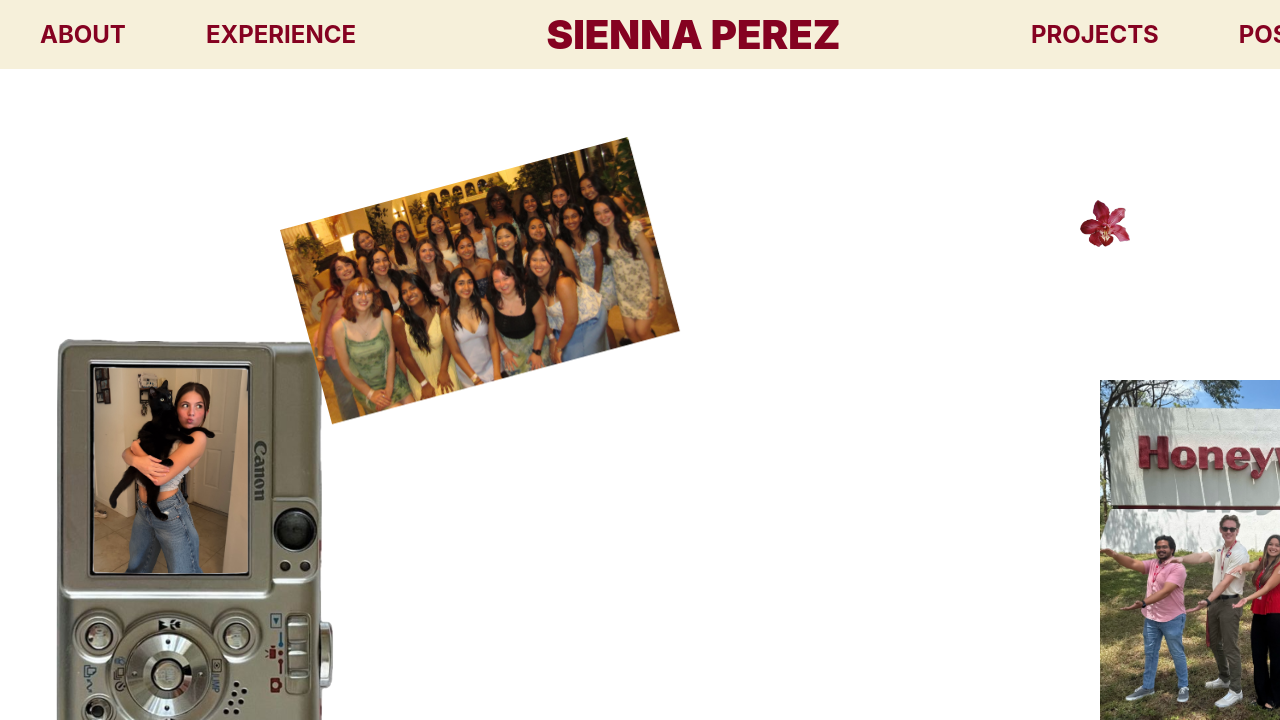
Repository: siennaperez/siennaperezweb
Page: /
The author's editor kept a copy of each file at every save. The page is drawn from the files as they stood at one save, then again after the next save.
The browser window is 1280 px wide. The pictures show the whole page.
The project was rebuilt for these pictures with package versions that can differ from the ones it lists, and the page was loaded fresh each time. Also part of the build but not shown: src/pages/About.css, src/pages/About.js, src/pages/Experience.css, src/pages/Experience.js.

Above is the page before, as saved 2025-09-24 13:00:07.

### src/App.js
import './App.css';
import ReactDOM from "react-dom/client";
import { HashRouter, Routes, Route, Link } from "react-router-dom";
import Navbar from "./components/Navbar";
import Home from "./pages/Home";
import About from "./pages/About";
import Experience from "./pages/Experience";


function App() {
  return (
    <HashRouter>
      <Navbar />
      <Routes>
        <Route path="/" element={<Home />} />
        <Route path="/about" element={<About />} />
        <Route path="/experience" element={<Experience />} />

      </Routes>
    </HashRouter>
  );
}

export default App;

### src/App.css
.App {
  text-align: center;
}

.App-logo {
  height: 40vmin;
  pointer-events: none;
}

@media (prefers-reduced-motion: no-preference) {
  .App-logo {
    animation: App-logo-spin infinite 20s linear;
  }
}

.App-header {
  background-color: #FFFCEF;
  min-height: 100vh;
  display: flex;
  flex-direction: column;
  align-items: center;
  justify-content: center;
  font-size: calc(10px + 2vmin);
  color: white;
}

.App-link {
  color: #61dafb;
}

@keyframes App-logo-spin {
  from {
    transform: rotate(0deg);
  }
  to {
    transform: rotate(360deg);
  }
}

### src/components/Navbar.js
import "./Navbar.css";
import { NavLink } from "react-router-dom";

const Navbar = () => {
  return (
    <nav className="navbar">
      <ul className="nav-list">
        <div className="nav-left">
          <li className="nav-item">
            <NavLink to="/about">ABOUT</NavLink>
          </li>
          <li className="nav-item">
            <NavLink to="/experience">EXPERIENCE</NavLink>
          </li>
        </div>

        <div className="nav-center">
          <li className="nav-item">
            <NavLink to="/">SIENNA PEREZ</NavLink>
          </li>
        </div>

        <div className="nav-right">
          <li className="nav-item">
            <NavLink to="/projects">PROJECTS</NavLink>
          </li>
          <li className="nav-item">
            <NavLink to="/posts">POSTS</NavLink>
          </li>
        </div>
      </ul>
    </nav>
  );
};

export default Navbar;

### src/pages/Home.js
import cam from '../media/cam.png';
import orchid from '../media/orchid.png';
import redpatches from '../media/red-patches.png';
import toops from '../media/sienna_toopy.jpg';
import honeywell from '../media/honeywell_gator.JPG';
import wicse from '../media/wicse.JPG';

import "./Home.css";



function Home() {
  return (
    <div className="App">
        <img src={toops} alt="toops" className="toops-img"/>;
        <img src={cam} alt="cam" className="cam-img"/>;
        <img src={orchid} alt="orchid" className="orchid-img"/>;
        <img src={redpatches} alt="redpatches" className="redpatches-img"/>;
        <img src={honeywell} alt="honeywell" className="honeywell-img"/>;
        <img src={wicse} alt="wicse" className="wicse-img"/>;



        < about />
    </div>

  );
}

export default Home;

### src/components/Navbar.css
.navbar {
  background-color: #F6F0DA;
  padding: 10px 40px;
  position: fixed;
  width: 100%;
  top: 0;
  z-index: 100;
}

.nav-list {
  display: flex;
  justify-content: space-between;
  align-items: center;
  list-style: none;
  margin: 0;
  padding: 0;
  font-weight: bold;
  font-size: 24px;
  color: #850221;
}

.nav-left,
.nav-right {
  display: flex;
  gap: 80px;
}

.nav-center {
  font-size: 40px;
  font-weight: 900;
}

.nav-item a {
  text-decoration: none;
  color: #850221;
}

### src/pages/Home.css


html, body {
  margin: 0;
  padding: 0;
  overflow: hidden;
  width: 100%;
  height: 100%;
}
#root {
  width: 100%;
  height: 100%;
  position: relative;
}

.App{
    position: relative;
}

.toops-img {
  width: 170px;
  height: auto;
  top: 360px;
  left: 80px;
  position: fixed
}

.cam-img {
  position: fixed;
  top: 150px;
  left: -50px;
  width: 450px;
  transform: rotate(90deg);
}

.orchid-img {
  position: absolute;
  top: 200px;
  right: 150px;
  width: 50px;
}

.redpatches-img {
  position: absolute;
  bottom: 50px;
  left: 50%;
  width: 10px;
  size-adjust: 1000%;
  size-adjust: 10px;
}


.honeywell-img {
  position: fixed;
  top: 380px;
  left: 1100px;
  width: 300px;
}

.wicse-img {
  position: fixed;
  top: 180px;
  left: 300px;
  width: 360px;
  transform: rotate(-15deg);
}

Loaded but not shown: public/index.html (common file); src/index.js (common file); src/index.css (common file); src/reportWebVitals.js (common file)

After the next save:
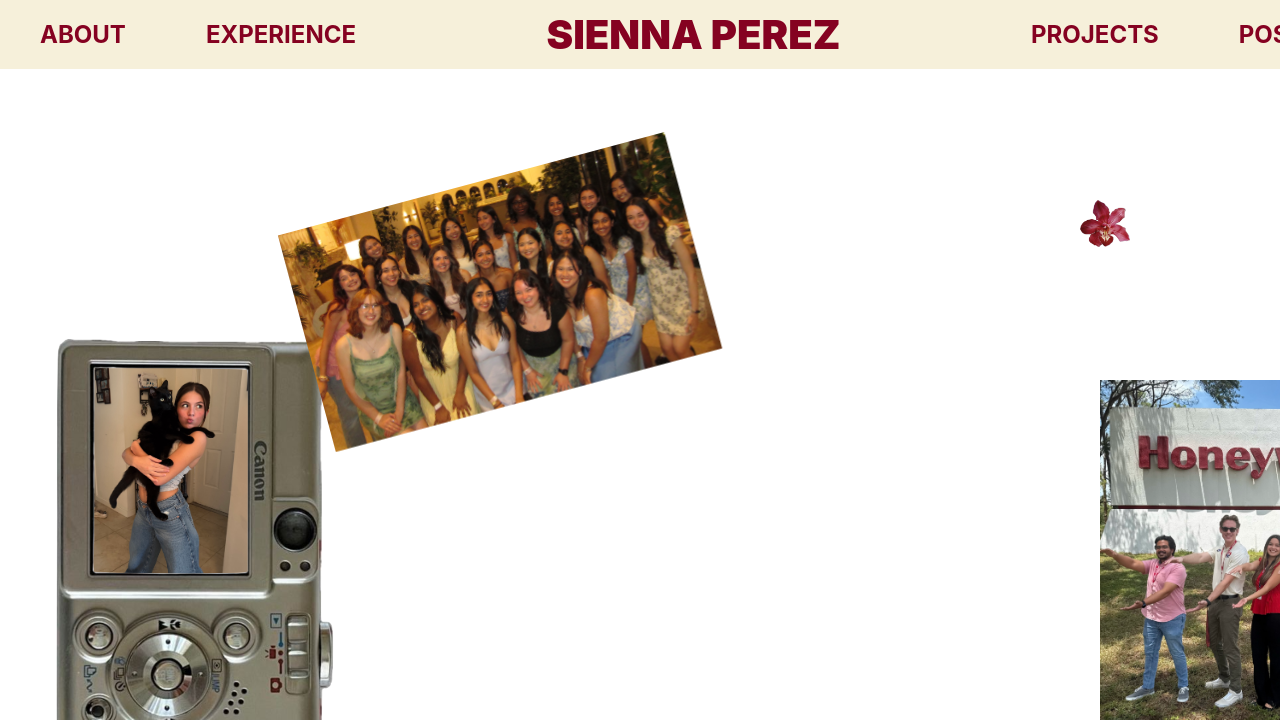
Saved 4 s later.
--- a/src/pages/Home.css
+++ b/src/pages/Home.css
@@ -61,6 +61,6 @@
   position: fixed;
   top: 180px;
   left: 300px;
-  width: 360px;
+  width: 400px;
   transform: rotate(-15deg);
 }
